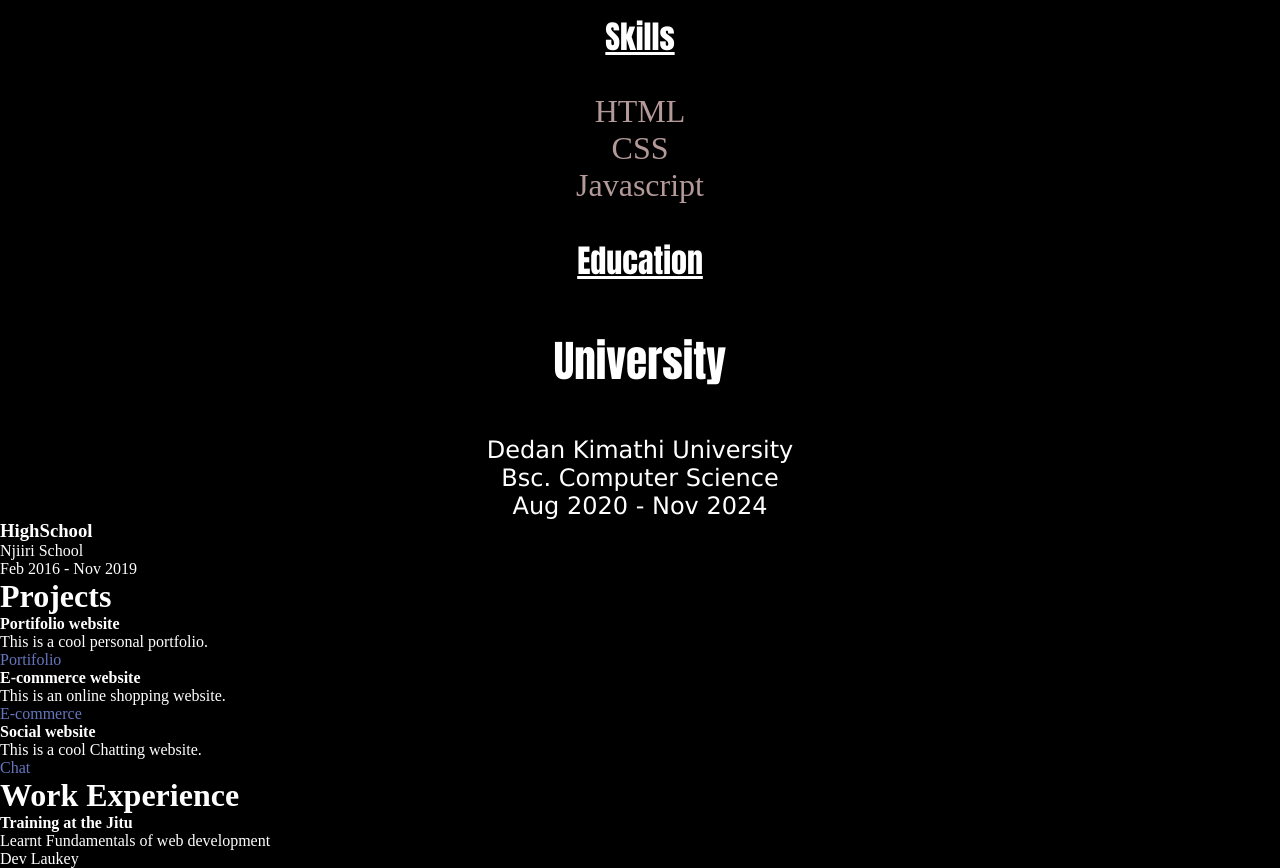
Repository: LaukeyMwaura/Jitu-Day-2
Page: index.html
An editor plug-in stored every save of this project. The page is shown before and after the next save, followed by the edit.
The browser window is 1280 px wide. The pictures show the part of the page from y = 640 to 1508 px (the page is 1508 px tall).
A picture or video elsewhere on the page could not be fetched, so the positions and the page height are approximate.

Above is the page before, as saved 2022-05-12 00:35:34.

After the next save:
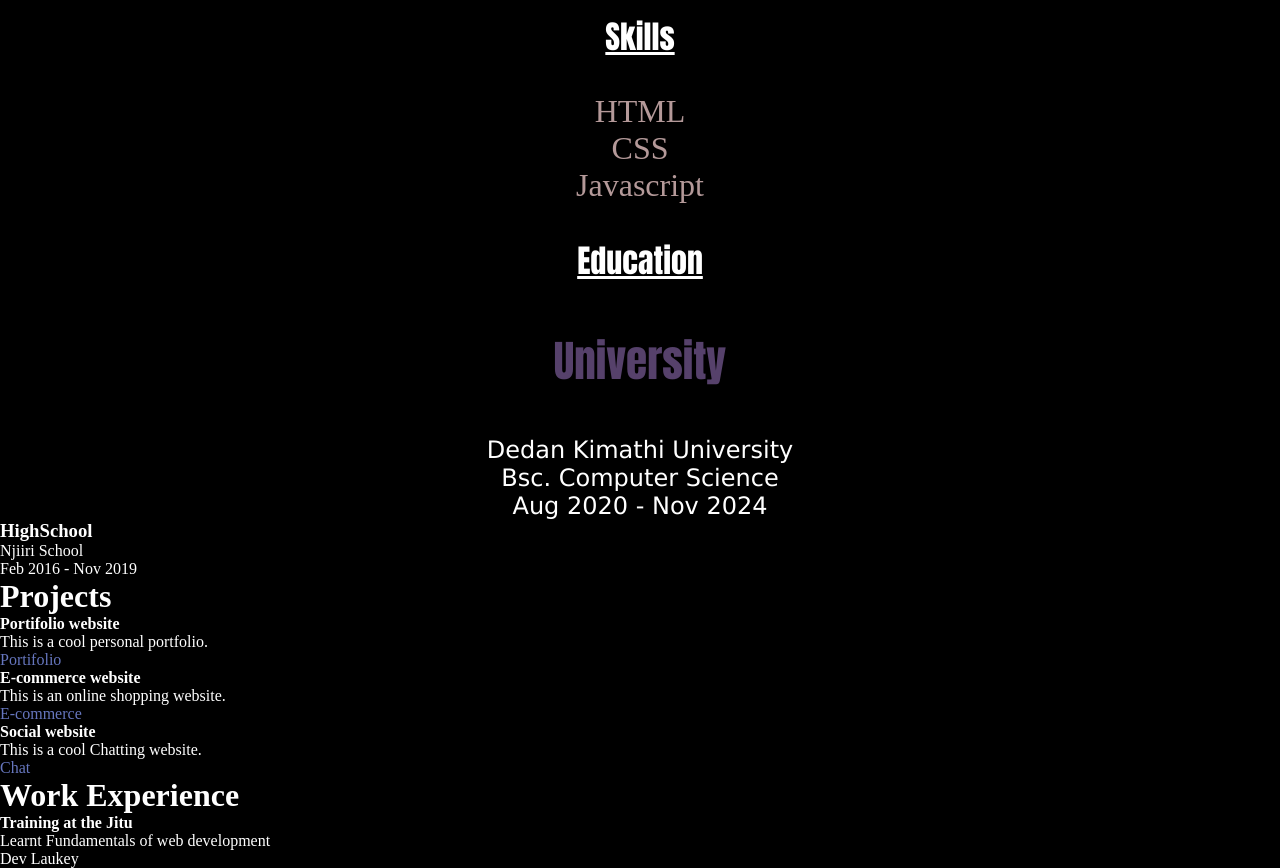
Saved 27 s later.
--- a/style.css
+++ b/style.css
@@ -19,6 +19,7 @@ body {
 }
 .subheading {
   text-align: center;
+  color: rgb(86, 65, 107);
   font-size: 1.8em;
   font-family: Impact, Haettenschweiler, "Arial Narrow Bold", sans-serifs;
   margin: 1em;
